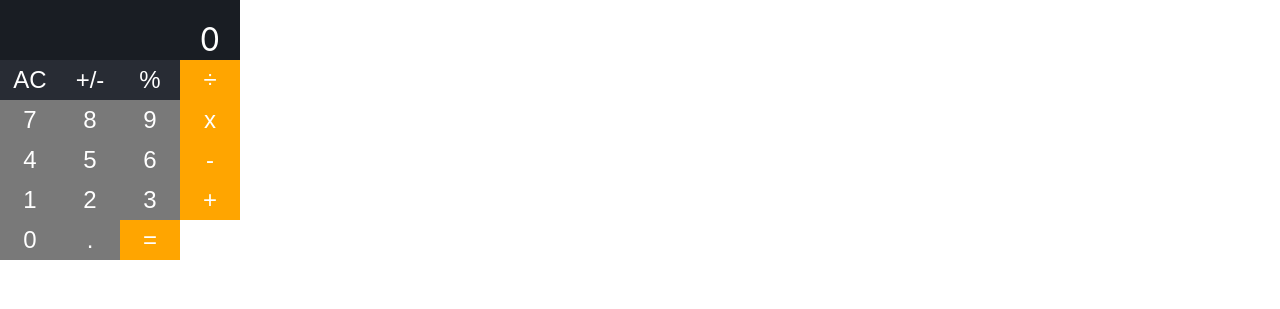
Repository: catsarenotreal/CalculatorWebApp
Page: /
These files come from the project's save history. The page is drawn as it stood at one moment and after the next save; the edit follows.
The browser window is 1280 px wide. The pictures show the whole page.
The project was rebuilt for these pictures with package versions that can differ from the ones it lists, and the page was loaded fresh each time.

Above is the page before, as saved 2024-08-23 10:27:54.

### src/App.tsx
import React from 'react';
// import logo from './logo.svg';
import { useState } from 'react';
import './App.css';

let stack : string[] = [];
var currNum : number = 0;

// const [display, setDisplay] = useState(0);

type Props = {
  val : string;
  colour : 'orange'|'darkgrey'|'lightgrey';
}

function refresh(){

}

// function calculation(op : string) { // when pressing operations, the prior evaluation is supposed to show

//   // var currNum : number;


//   let newNum : number = Number(stack.join());
//   stack.length = 0; // clearing stack

//   switch (op){ // er this is wrong
//     case "+":
//       currNum += newNum;
//       break;
//     case "-":
//       currNum -= newNum;
//       break;
//     case "÷":
//       if (newNum === 0) {
//         refresh(); // display not a number and refresh backend
//       }
//       currNum /= newNum;
//       break;
//     case "x":
//       currNum *= newNum;
//       break;
//   }


//   setDisplay(currNum);

// }

function DisplayScreen(props : Props){
  return <div className = "box">
    currNum;
  </div>
}

function Buttons(props : Props){

  const [display, setDisplay] = useState(0);

  const val = props.val;
  const colour = props.colour;

  function calculation(op : string) { // when pressing operations, the prior evaluation is supposed to show

    let newNum : number = Number(stack.join());
    stack.length = 0; // clearing stack

    switch (op){ // er this is wrong
      case "+":
        currNum += newNum;
        break;
      case "-":
        currNum -= newNum;
        break;
      case "÷":
        if (newNum === 0) {
          refresh(); // display not a number and refresh backend
        }
        currNum /= newNum;
        break;
      case "x":
        currNum *= newNum;
        break;
    }

    setDisplay(currNum);

  }


  function handleClick(props : Props){
    const val = props.val;

    if (val === "+" || val === "-" || val === "x" || val === "÷"){
      var output = calculation(val);
    }
    else{
      stack.push(val);
      let newNum : number = Number(stack.join());
      setDisplay(newNum);
    }
  }

  return <button className = {`Buttons ${colour}`} onClick = {() => handleClick(props)}>
    {val}
  </button>
}

export default function Calc() {
  return (
    <main>
      <div className = "row">
        <div className= "DisplayScreen">{currNum}</div>
      </div>
      <div className = "row">
        <Buttons val={'AC'} colour = 'darkgrey'/>
        <Buttons val={'+/-'} colour = 'darkgrey'/>
        <Buttons val={'%'} colour = 'darkgrey'/ >
        <Buttons val={'÷'} colour = 'orange' />
      </div>
      <div className = "row">
        <Buttons val={'7'} colour = 'lightgrey'/>
        <Buttons val={'8'} colour = 'lightgrey'/>
        <Buttons val={'9'} colour = 'lightgrey'/ >
        <Buttons val={'x'} colour = 'orange' />
      </div>
      <div className = "row">
        <Buttons val={'4'} colour = 'lightgrey'/>
        <Buttons val={'5'} colour = 'lightgrey'/>
        <Buttons val={'6'} colour = 'lightgrey'/ >
        <Buttons val={'-'} colour = 'orange' />
      </div>
      <div className = "row">
        <Buttons val={'1'} colour = 'lightgrey'/>
        <Buttons val={'2'} colour = 'lightgrey'/>
        <Buttons val={'3'} colour = 'lightgrey'/ >
        <Buttons val={'+'} colour = 'orange' />
      </div>
      <div className = "row">
        <Buttons val={'0'} colour = 'lightgrey'/>
        <Buttons val={'.'} colour = 'lightgrey'/>
        <Buttons val={'='} colour = 'orange'/>
      </div>
    </main>

  );
}

### src/App.css
.App {
  text-align: center;
}

.App-logo {
  height: 40vmin;
  pointer-events: none;
}


.App-header {
  background-color: #282c34;
  min-height: 100vh;
  display: flex;
  flex-direction: column;
  align-items: center;
  justify-content: center;
  font-size: calc(10px + 2vmin);
  color: white;
}

.App-link {
  color: #61dafb;
}


/* .DisplayScreen {
  background-color: rgb(24, 24, 24);
  text-align: right;
} */

.Buttons {
  text-align: center;
  box-shadow: none;
  outline: none;
  border: none;
  font-size: 1.5rem;
  color: white;
  height: 40px;
  width: 60px;
}

.Buttons.orange{
  background-color: orange;
}

.Buttons.lightgrey{
  background-color: #797979;
}

.Buttons.darkgrey{
  background-color:#282c34;
}

.DisplayScreen{
  width: 200px;
  height: 20px;
  padding:20px;
  /* font-size: 100;
   */
  font-size:xx-large;
  text-align: right;

  background-color: #191d23;
  color: white;
}





@keyframes App-logo-spin {
  from {
    transform: rotate(0deg);
  }
  to {
    transform: rotate(360deg);
  }
}

Loaded but not shown: public/index.html (common file); src/index.tsx (common file); src/index.css (common file); src/reportWebVitals.ts (common file)

After the next save:
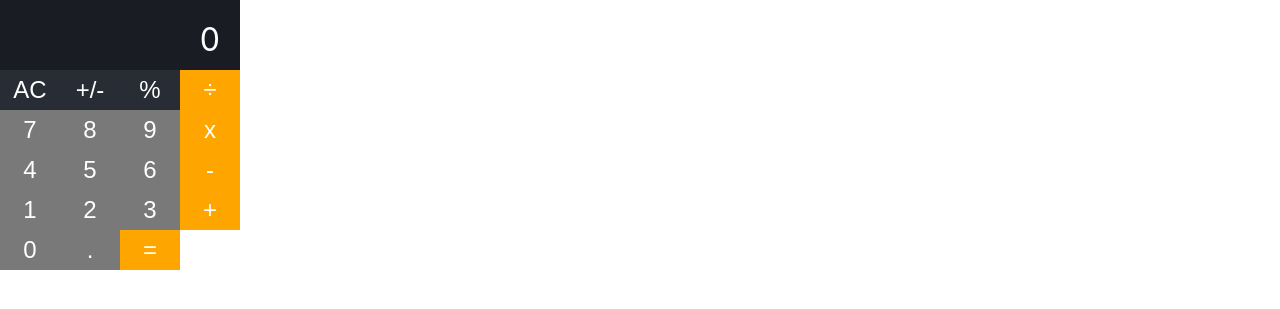
Saved 10 s later.
--- a/src/App.css
+++ b/src/App.css
@@ -54,7 +54,7 @@
 
 .DisplayScreen{
   width: 200px;
-  height: 20px;
+  height: 30px;
   padding:20px;
   /* font-size: 100;
    */
